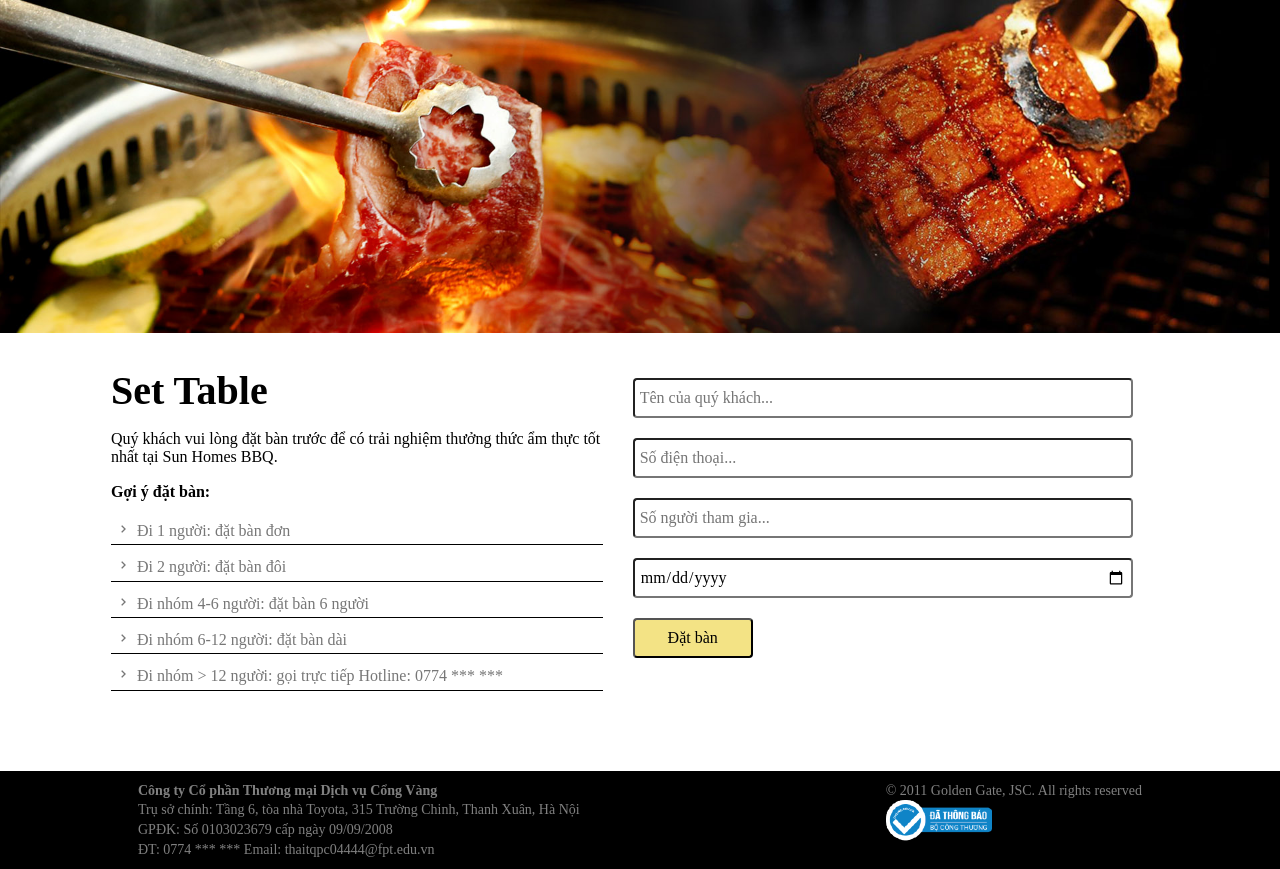
Repository: QUANGTHAI2003/sunhomesbbq
Page: DatBan.html
The author's editor kept a copy of each file at every save. The page is drawn from the files as they stood at one save, then again after the next save.
The browser window is 1280 px wide. The pictures show the whole page.
The pointer rests on the first visible `.wrapper .set-table-info #sign`.
Some web fonts or font styles are not loaded; a fallback is used.

Above is the page before, as saved 2022-02-13 13:14:10.

After the next save:
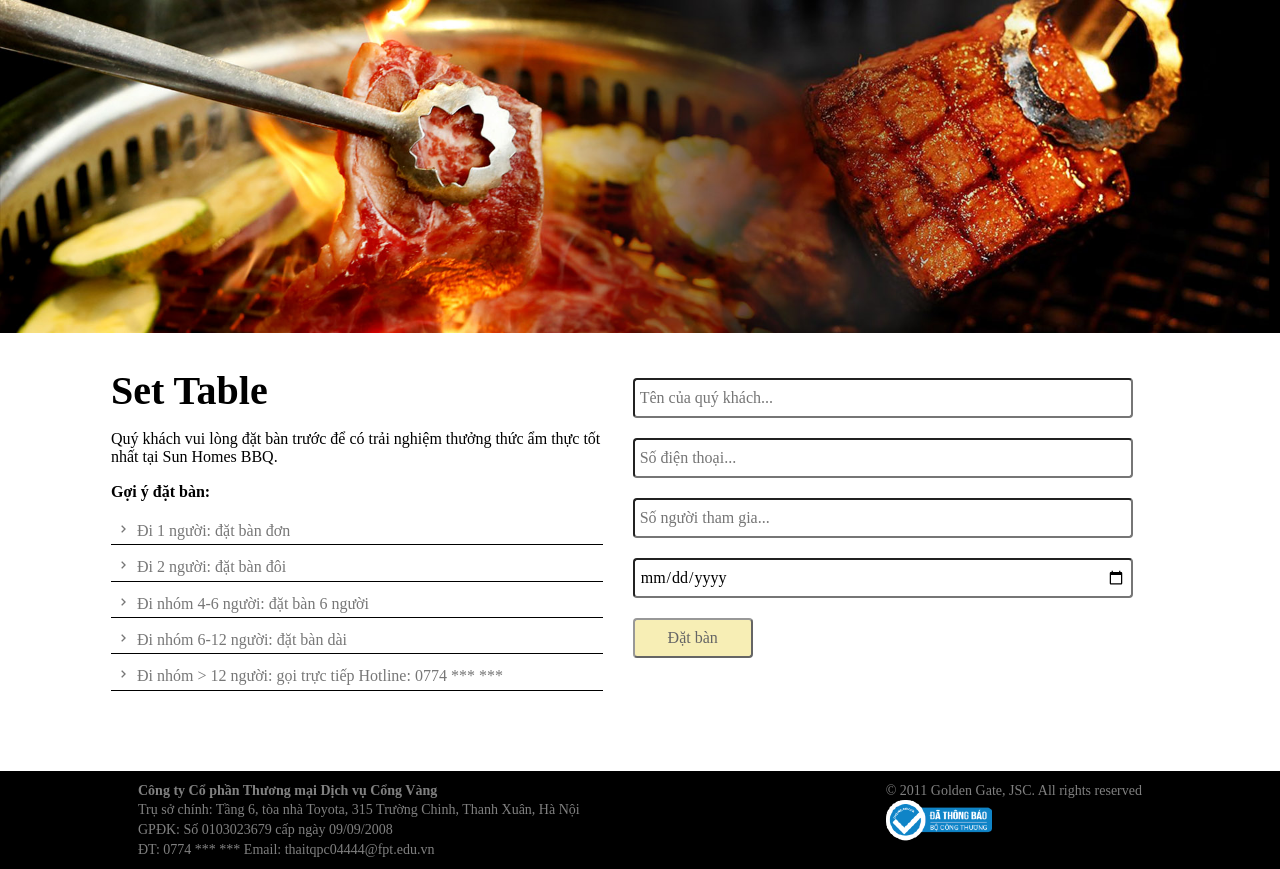
Saved 6 s later.
--- a/style.css
+++ b/style.css
@@ -629,5 +629,5 @@
 }
 
 .wrapper .set-table-info #sign:hover {
-    opacity: 1.2;
-}
+    opacity: 0.6;
+}
